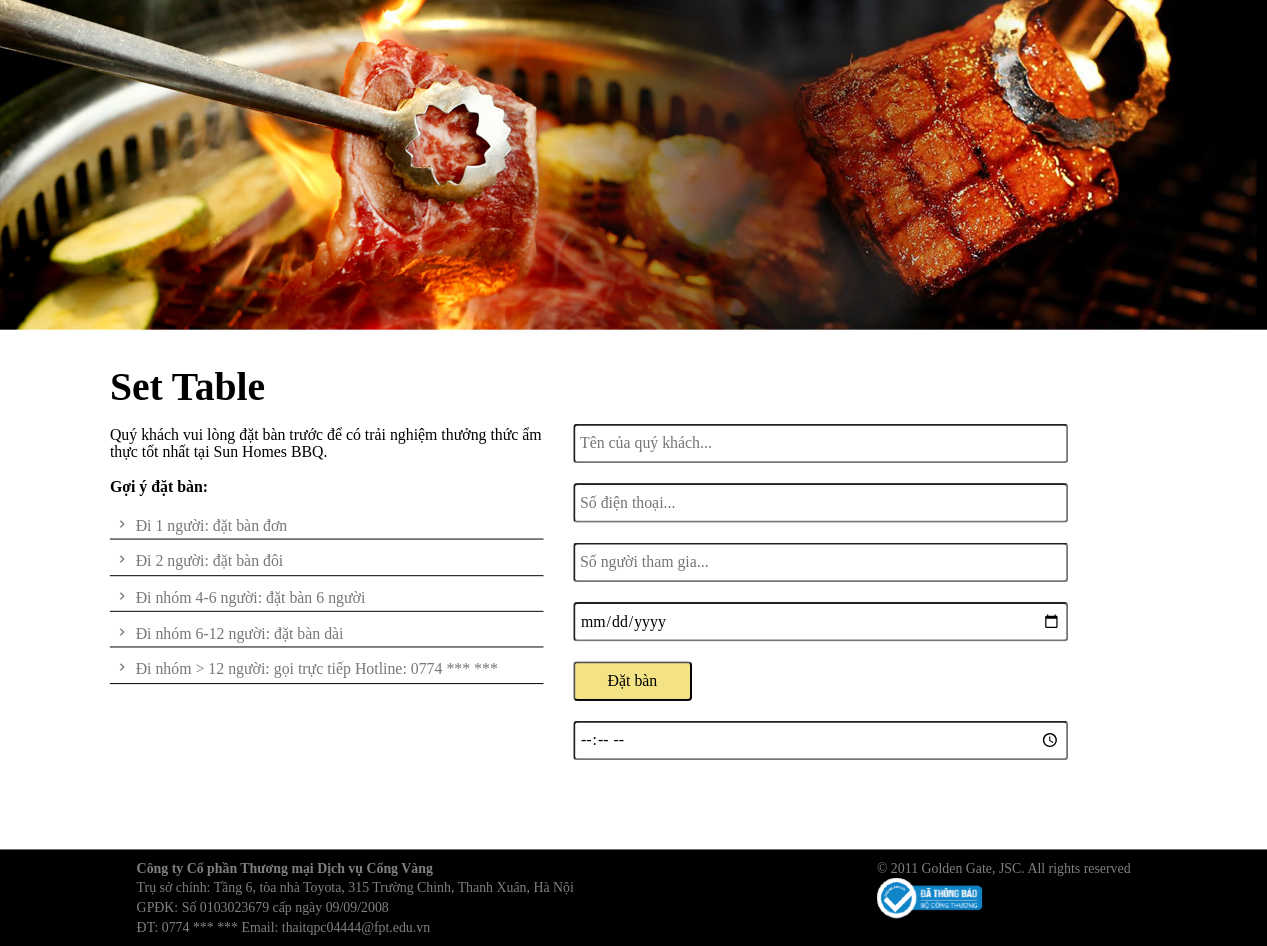
Repository: QUANGTHAI2003/sunhomesbbq
Page: DatBan.html
An editor plug-in stored every save of this project. The page is shown before and after the next save, followed by the edit.
The browser window is 1280 px wide. The pictures show the whole page, at 99% of full size.
Some web fonts or font styles are not loaded; a fallback is used.

Above is the page before, as saved 2022-02-13 13:20:38.

### DatBan.html
<!DOCTYPE html>
<html lang="en">
<head>
    <meta charset="UTF-8">
    <meta http-equiv="X-UA-Compatible" content="IE=edge">
    <meta name="viewport" content="width=device-width, initial-scale=1.0">
    <link rel="stylesheet" href="https://cdnjs.cloudflare.com/ajax/libs/normalize/8.0.1/normalize.min.css">
    <link rel="stylesheet" href="style.css">
    <link rel="stylesheet" href="./assets/fonts/fontawesome-free-5.15.4-web/css/all.min.css">
    <link href='https://unpkg.com/boxicons@2.1.1/css/boxicons.min.css' rel='stylesheet'>
    <link href="https://fonts.googleapis.com/css2?family=Roboto:wght@300;500;700&display=swap" rel="stylesheet">
    <link href="https://fonts.googleapis.com/css2?family=Berkshire+Swash&display=swap" rel="stylesheet">
    <title>Document</title>
</head>
<body>
    <img src="img/banner.jpg" width="100%" top="0" alt="">
    <div class="wrapper">
        <div class="set-table">
            <h3 class="heading-DB">Set Table</h3>
            <p>Quý khách vui lòng đặt bàn trước để có trải nghiệm thưởng thức ẩm thực tốt nhất tại Sun Homes BBQ.</p>
            <p><strong>Gợi ý đặt bàn: </strong></p>
            <ul>
                <li><i class='arrow-right bx bx-chevron-right'></i>Đi 1 người: đặt bàn đơn</li>
                <li><i class='arrow-right bx bx-chevron-right'></i>Đi 2 người: đặt bàn đôi</li>
                <li><i class='arrow-right bx bx-chevron-right'></i>Đi nhóm 4-6 người: đặt bàn 6 người</li>
                <li><i class='arrow-right bx bx-chevron-right'></i>Đi nhóm 6-12 người: đặt bàn dài</li>
                <li><i class='arrow-right bx bx-chevron-right'></i>Đi nhóm > 12 người: gọi trực tiếp Hotline: 0774 *** ***</li>
            </ul>
        </div>
        <div class="set-table-info">
            <input type="text" placeholder="Tên của quý khách...">
            <input type="number" placeholder="Số điện thoại..." >
            <input type="number" min="1" max="30" step="1" placeholder="Số người tham gia..." >
            <input type="date">
            <input type="submit" name="submit" value="Đặt bàn" placeholder="Đặt bàn" id="sign">
            <input type="time">
        </div>
    </div>
    <div class="footer">
        <div class="copyright">
            <div class="address">
                <b>Công ty Cổ phần Thương mại Dịch vụ Cổng Vàng</b> <br>
                Trụ sở chính: Tầng 6, tòa nhà Toyota, 315 Trường Chinh, Thanh Xuân, Hà Nội <br>
                GPĐK: Số 0103023679 cấp ngày 09/09/2008 <br>
                ĐT: 0774 *** *** Email: thaitqpc04444@fpt.edu.vn <br>
            </div>
            <div class="logo-footer">
                © 2011 Golden Gate, JSC. All rights reserved <br>
                <img src="img/logo.png" alt="">
            </div>
        </div>
    </div>
</body>
</html>

### style.css
* {
    margin: 0;
    padding: 0;
    box-sizing: border-box;
}
html {
    scroll-behavior: smooth;
}
.container {
    overflow: hidden;
}

.header {
    height: 100px;
    background-color: #000;
    position: fixed;
    top: 0;
    right: 0;
    left: 0;
}

.header img {
    padding: 8px;
    width: 350px;
}
/* Navigation bar */

.nav {
    max-width: 85%;
    display: flex;
}

#logo {
    float: left;
    padding: 0 100px;
}

@media screen and (max-width: 1400px) {
    #logo {
        padding: 6px 50px;
    }
    .header img {
        width: 300px;
    }
    .nav a {
        font-size: 14px;
    }
}

.nav > ul {
    flex-wrap: wrap;
}

.nav li {
    list-style: none;
    line-height: 100px;
    font-weight: 500;
}

.nav li a {
    color: #c6c6c6;
    padding: 6px 15px;
    text-decoration: none;
}
.nav li a:active,
.nav li a:hover {
    color: #f3e385;
    font-weight: bold;
}
.nav li:active a {
    color: #f3e385;
    font-weight: bold;
}

.nav li:last-child a {
    border: 1px solid #c6c6c6;
    border-radius: 5px;
    text-transform: none;
}

.nav li:last-child a:hover {
    background-color: #f3e385;
    color: #000;
}
/* Content */
.content {
    height: 100vh;
}

.section-heading {
    font-family: 'Berkshire Swash', cursive;
    font-size: 30px;
    letter-spacing: 2px;
    word-spacing: 8px;
}

.content-section-sunhomes {
    display: flex;
    max-width: 85%;
    background-size: cover;
    background-position: 50% 50%;
    margin: 0 auto;
    padding: 24px;
}

.section-left-sunhomes {
    padding: 0 15px 30px;
    width: 50%;
}

.section-left-sunhomes .section-heading {
    font-size: 50px;
    margin: 0 0 15px;
    font-family: Berkshire Swash;
}

.section-left-sunhomes .section-content {
    font-size: 16px;
    margin: 0 0 20px;
    line-height: 1.4;
    color: #777777;
}

.section-left-sunhomes .section-content span {
    font-weight: 700;
}
.section-images-sunhomes {
    flex-basis: 50%;
}

.section-images-sunhomes img {
    width: 260px;
    height: 400px;
    flex-basis: 50%;
    padding: 15px;
}

@media screen and (max-width: 1400px) {
    .section-images-sunhomes img {
        width: 220px;
    }
}

.img-1 {
    display: inline-block;
    overflow: hidden;
    position: relative;
}

.img-1 img {
    transition: all 0.5s ease-in-out;
}

.img-1:hover img {
    -webkit-transform: scale(1.1);
    transform: scale(1.2);
}

.img-2 {
    display: inline-block;
    overflow: hidden;
    position: relative;
}

.img-2 img {
    transition: all 0.5s ease-in-out;
}

.img-2:hover img {
    -webkit-transform: scale(1.1);
    transform: scale(1.1);
}

.content-section-menu {
    display: flex;
    max-width: 85%;
    background-size: cover;
    background-position: 50% 50%;
    margin: 0 auto;
    padding: 24px;
}
.section-images-menu {
    display: flex;
}

.section-right-menu {
    flex: 1;
    padding: 30px 30px;
}

.section-right-menu .section-heading {
    color: #c0c0c0;
    font-size: 50px;
    margin: 0 15px;
}

.section-right-menu .section-content {
    font-size: 16px;
    margin: 0 20px;
    line-height: 1.4;
    color: #777777;
}

.section-right-menu .section-content span {
    font-weight: 700;
}
.section-images-menu {
    flex: 1;
}

.img-3 {
    filter: grayscale(100%);
}

.img-3:hover {
    filter: grayscale(0%);
    transition: 0.8s;
}

.img-4 {
    filter: grayscale(100%);
}

.img-4:hover {
    filter: grayscale(0%);
    transition: 0.8s;
}

.img-5 {
    filter: grayscale(100%);
}

.img-5:hover {
    filter: grayscale(0%);
    transition: 0.8s;
}

.img-6 {
    filter: grayscale(100%);
}

.img-6:hover {
    filter: grayscale(0%);
    transition: 0.8s;
}

.section-images-menu img {
    width: 280px;
    height: 200px;
    flex-basis: 25%;
    padding: 15px;
}

.bg-menu {
    background-color: #000;
    height: 480px;
}

.btn-menu {
    display: inline-block;
    color: #c0c0c0;
    font-size: 18px;
    padding: 10px 20px;
    border: 1px solid #c6c6c6;
    border-radius: 5px;
    text-transform: none;
    margin: 12px 20px;
}

.btn-menu:hover {
    color: #555;
    background: #ccc;
    font-weight: bold;
}

.btn-menu .icon-menu {
    color: #c0c0c0;
    font-size: 16px;
}

.btn-menu:hover .icon-menu {
    color: #555;
    background: #ccc;
    font-weight: bold;
}

.icon-menu:hover {
    color: #ccc;
    background: #000;
}

.btn-res {
    display: inline-block;
    color: #727272;
    font-size: 18px;
    padding: 10px 20px;
    border: 1px solid #727272;
    border-radius: 5px;
    text-transform: none;
    font-weight: bold;
}

.btn-res:hover {
    color: #ccc;
    background: #555;
    font-weight: bold;
}

.btn-res .icon-menu {
    color: #000;
    font-size: 16px;
}

/* Footer */
.footer {
    background: #000;
    font-size: 14px;
    line-height: 1.4;
}

.copyright {
    display: flex;
    max-width: 80%;
    margin: 0 auto;
    justify-content: space-between;
    color: #ffffff80;
    padding: 10px;
    bottom: 0;
    top: 0;
}

.sign-now {
    background: url(./img/banner.jpg);
    width: 100%;
    height: 100px;
}

.endow {
    max-width: 80%;
    margin: 0 auto;
    opacity: 1;
}

.sign-now span {
    color: #000;
    line-height: 100px;
    margin: 0 20px;
    font-size: 18px;
    font-weight: 500;
}

.sign-now .endow #Email {
    width: 360px;
    height: 40px;
    border-radius: 20px;
    padding: 0 15px;
    margin: 0 5px 0 120px;
    background: rgba(204, 204, 204, 0.4);
    outline: none;
}

.sign-now .endow #Email::placeholder {
    color: #fff;
    font-size: 18px;
}

.sign-now .endow #sign {
    width: 150px;
    height: 40px;
    border-radius: 8px;
    background: #f3e385;
}

.sign-now .endow #sign::placeholder {
    color: #000;
    font-size: 18px;
    font-weight: bold;
}

.sign-now .endow #sign:hover {
    opacity: 0.8;
}

@media screen and (max-width: 1400px) {
    .sign-now span {
        font-size: 16px;
    }

    .sign-now .endow #Email {
        margin: 0 5px 0 60px;
        width: 200px;
    }

    .sign-now .endow #sign {
        width: 120px;
    }
}

.brand {
    display: flex;
    height: 100px;
    justify-content: space-between;
    align-items: center;
    margin: 0 auto;
    max-width: 85%;
}

.brand img {
    width: 8%;
    height: 50px;
}

.brand1 {
    filter: grayscale(100%);
}

.brand1:hover {
    filter: grayscale(0%);
    transition: 0.8s;
}

.brand2 {
    filter: grayscale(100%);
}

.brand2:hover {
    filter: grayscale(0%);
    transition: 0.8s;
}

.brand3 {
    filter: grayscale(100%);
}

.brand3:hover {
    filter: grayscale(0%);
    transition: 0.8s;
}

.brand4 {
    filter: grayscale(100%);
}

.brand4:hover {
    filter: grayscale(0%);
    transition: 0.8s;
}

.brand5 {
    filter: grayscale(100%);
}

.brand5:hover {
    filter: grayscale(0%);
    transition: 0.8s;
}

.brand6 {
    filter: grayscale(100%);
}

.brand6:hover {
    filter: grayscale(0%);
    transition: 0.8s;
}

.brand7 {
    filter: grayscale(100%);
}

.brand7:hover {
    filter: grayscale(0%);
    transition: 0.8s;
}

.brand8 {
    filter: grayscale(100%);
}

.brand8:hover {
    filter: grayscale(0%);
    transition: 0.8s;
}

.brand9 {
    filter: grayscale(100%);
}

.brand9:hover {
    filter: grayscale(0%);
    transition: 0.8s;
}

.brand10 {
    filter: grayscale(100%);
}

.brand10:hover {
    filter: grayscale(0%);
    transition: 0.8s;
}

#myBtn {
    position: fixed;
    bottom: 30px;
    right: 10px;
    float: right;
    right: 5%;
    left: 95%;
    max-width: 30px;
    width: 80px;
    height: 30px;
    font-size: 20px;
    border-color: rgba(85, 85, 85, 0.2);
    background-color: rgb(100, 100, 100);
    padding: 1px;
    border-radius: 60px;
}

.arrow {
    font-size: 20px;
    padding: 1px 0;
}

#myBtn:hover {
    opacity: 0.8;
}

/* Gioi Thieu */
.wrapper {
    display: flex;
    max-width: 85%;
    margin: 0 auto;
}

.heading-GT {
    display: inline-block;
    font-size: 24px;
    padding: 10px 90px;
    font-weight: bold;
}

.para-GT {
    line-height: 1.4;
    margin: 20px 0;
    color: #777777;
}

.Gioi-Thieu1,
.Gioi-Thieu2 {
    width: 600px;
    margin: 30px 30px;
}

.Gioi-Thieu1 img,
.Gioi-Thieu2 img {
    width: 600px;
}

@media screen and (max-width: 1400px) {
    .Gioi-Thieu1,
    .Gioi-Thieu2 {
        width: 500px;
        margin: 30px 15px;
    }

    .Gioi-Thieu1 img,
    .Gioi-Thieu2 img {
        width: 500px;
    }

    .heading-GT {
        display: inline-block;
        font-size: 20px;
        padding: 10px 70px;
        font-weight: bold;
    }
}

/* Dat Ban */
.set-table {
    margin: 30px 15px;
    width: 180%;
}

.set-table p {
    margin: 16px 0;
}

.set-table ul {
    list-style: none;
    margin-bottom: 60px;
}

.set-table ul li {
    margin: 8px 0;
    padding: 4px;
    border-bottom: 1px solid #000;
    color: #777777;
    font-size: 16px;
}

.set-table ul li .arrow-right {
    margin-right: 6px;
}

.heading-DB {
    font-size: 40px;
    font-family: 'Berkshire Swash';
}

.set-table-info {
    margin: 80px 15px;
}

.set-table-info input {
    display: inline-block;
    width: 500px;
    height: 40px;
    margin: 10px 0;
    border-radius: 4px;
    padding: 0 5px;
    outline: none;
}

.wrapper .set-table-info #sign {
    width: 120px;
    background-color: #f3e385;
}

.wrapper .set-table-info #sign:hover {
    opacity: 0.8;
    cursor: pointer;
}

After the next save:
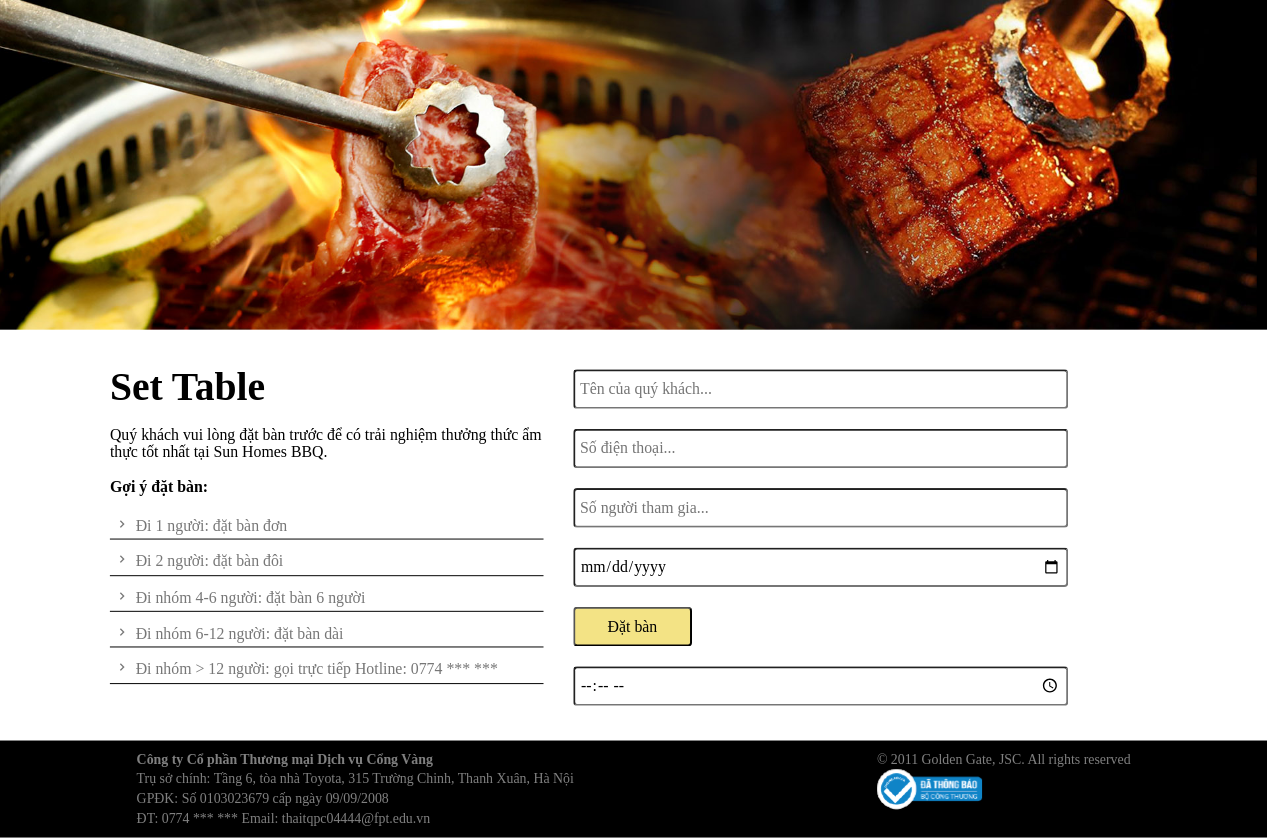
Saved 12 s later.
--- a/style.css
+++ b/style.css
@@ -589,7 +589,7 @@
 
 .set-table ul {
     list-style: none;
-    margin-bottom: 60px;
+    margin-bottom: 0px;
 }
 
 .set-table ul li {
@@ -610,7 +610,7 @@
 }
 
 .set-table-info {
-    margin: 80px 15px;
+    margin: 25px 15px;
 }
 
 .set-table-info input {
